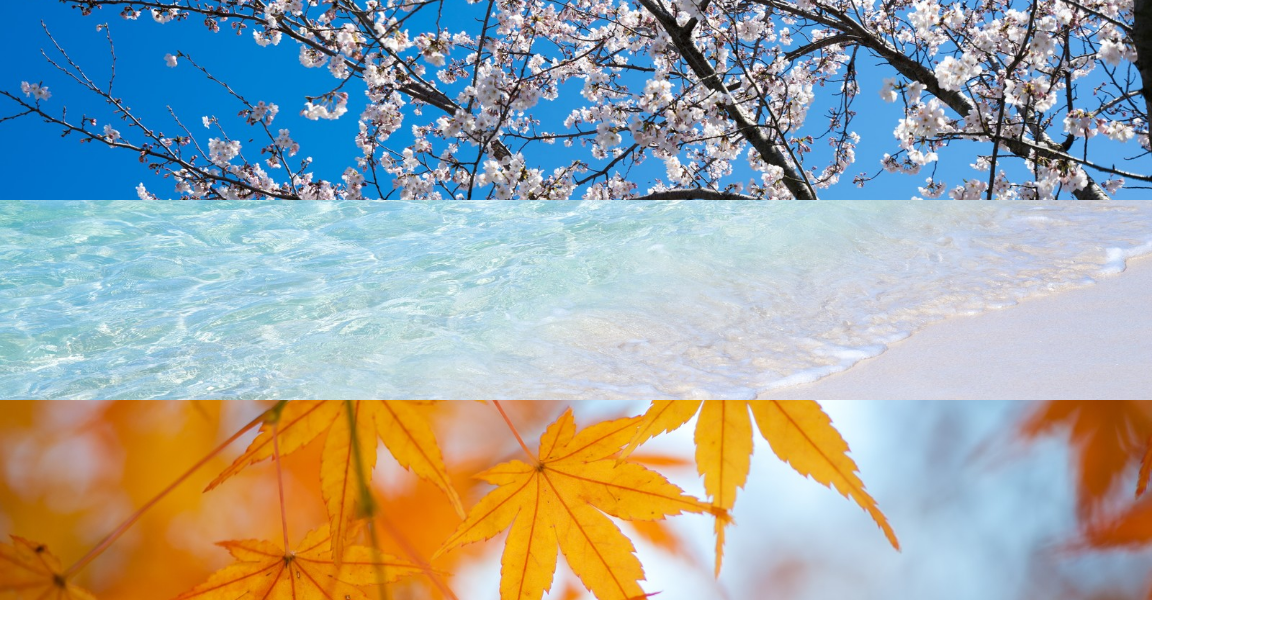
Repository: eyaonu/application2
Page: chapter6/answer6.html
The author's editor kept a record of every edit. The page is drawn from the files as they stood at one moment, then again after the next edit.
The browser window is 1280 px wide. The pictures show the whole page.

Above is the page before.

After the next edit:
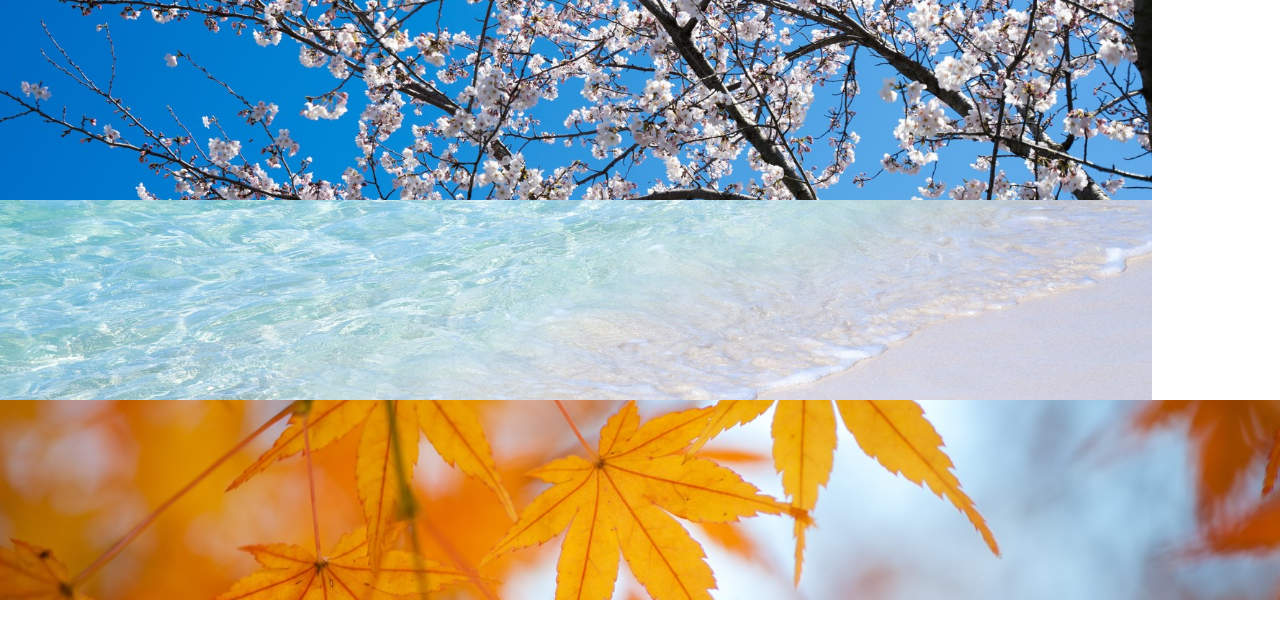
The edit:
--- a/chapter6/style6.css
+++ b/chapter6/style6.css
@@ -26,7 +26,7 @@
 }
 
 .main {
-  width: 90%;
+  width: 100%;
   height: 200px;
   background-image: url(img/box3.jpg);
   background-size: cover; /* 縦横比を維持したまま背景領域を埋め尽くす */
